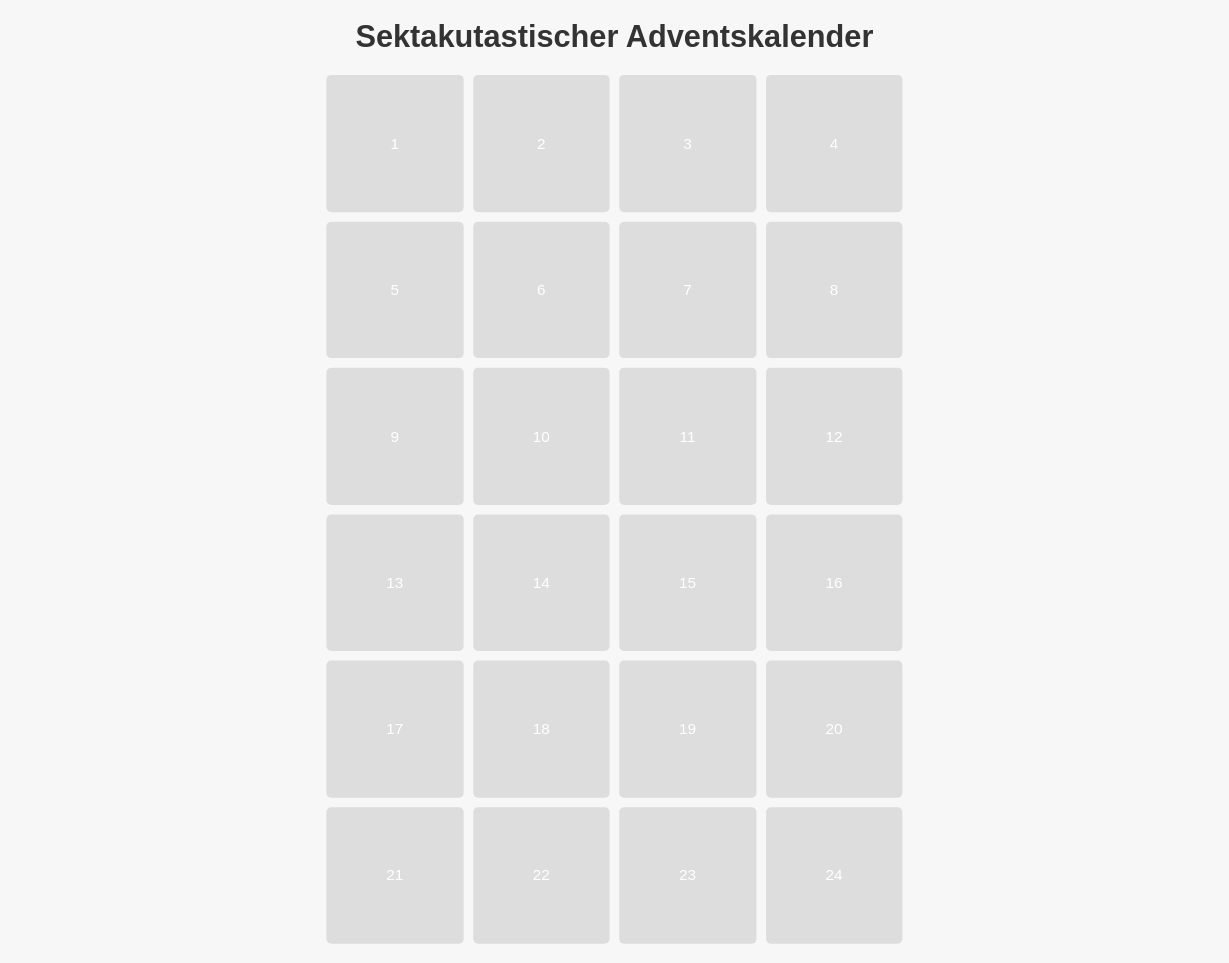
Repository: vickykey02/Adventskalender
Page: index.html
These files come from the project's save history. The page is drawn as it stood at one moment and after the next save; the edit follows.
The browser window is 1280 px wide. The pictures show the whole page, at 96% of full size.

Above is the page before, as saved 2024-11-27 00:27:01.

After the next save:
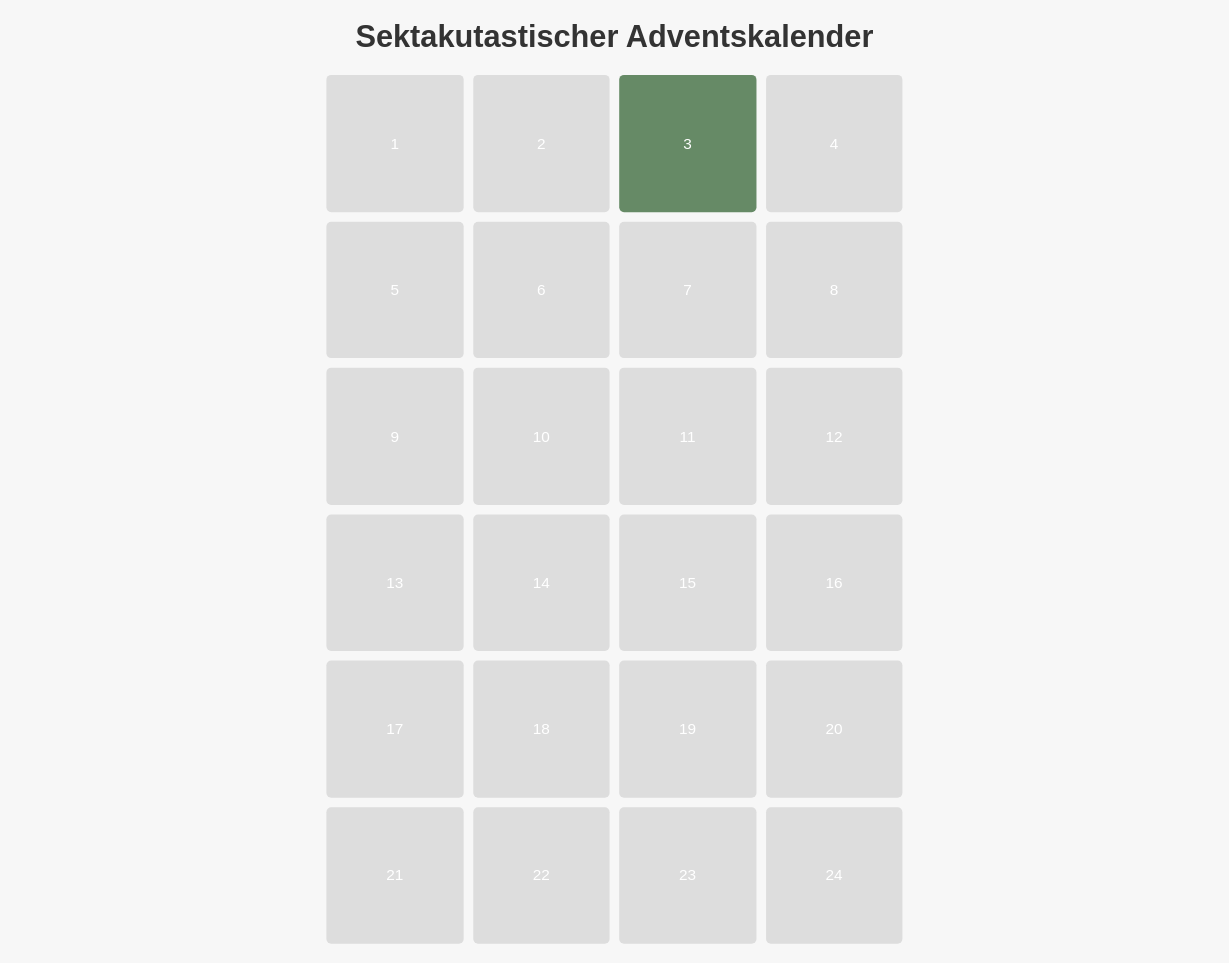
Saved 21 s later.
--- a/app.js
+++ b/app.js
@@ -7,7 +7,7 @@
     "2024-11-30": "C:/Users/vicky/Documents/Projekte/Adventskalender/assets/Tag1.png",
 	"2024-12-01": "C:/Users/vicky/Documents/Projekte/Adventskalender/assets/Tag2.png",
 	"2024-12-02": "C:/Users/vicky/Documents/Projekte/Adventskalender/assets/Tag3.png",
-	"2024-12-03": "C:/Users/vicky/Documents/Projekte/Adventskalender/assets/Tag4.png",
+	"2024-11-03": "C:/Users/vicky/Documents/Projekte/Adventskalender/assets/Tag4.png",
 	"2024-12-04": "C:/Users/vicky/Documents/Projekte/Adventskalender/assets/Tag5.png",
 	"2024-12-05": "C:/Users/vicky/Documents/Projekte/Adventskalender/assets/Tag6.png",
 	"2024-12-06": "C:/Users/vicky/Documents/Projekte/Adventskalender/assets/Tag7.png",

After the save that followed:
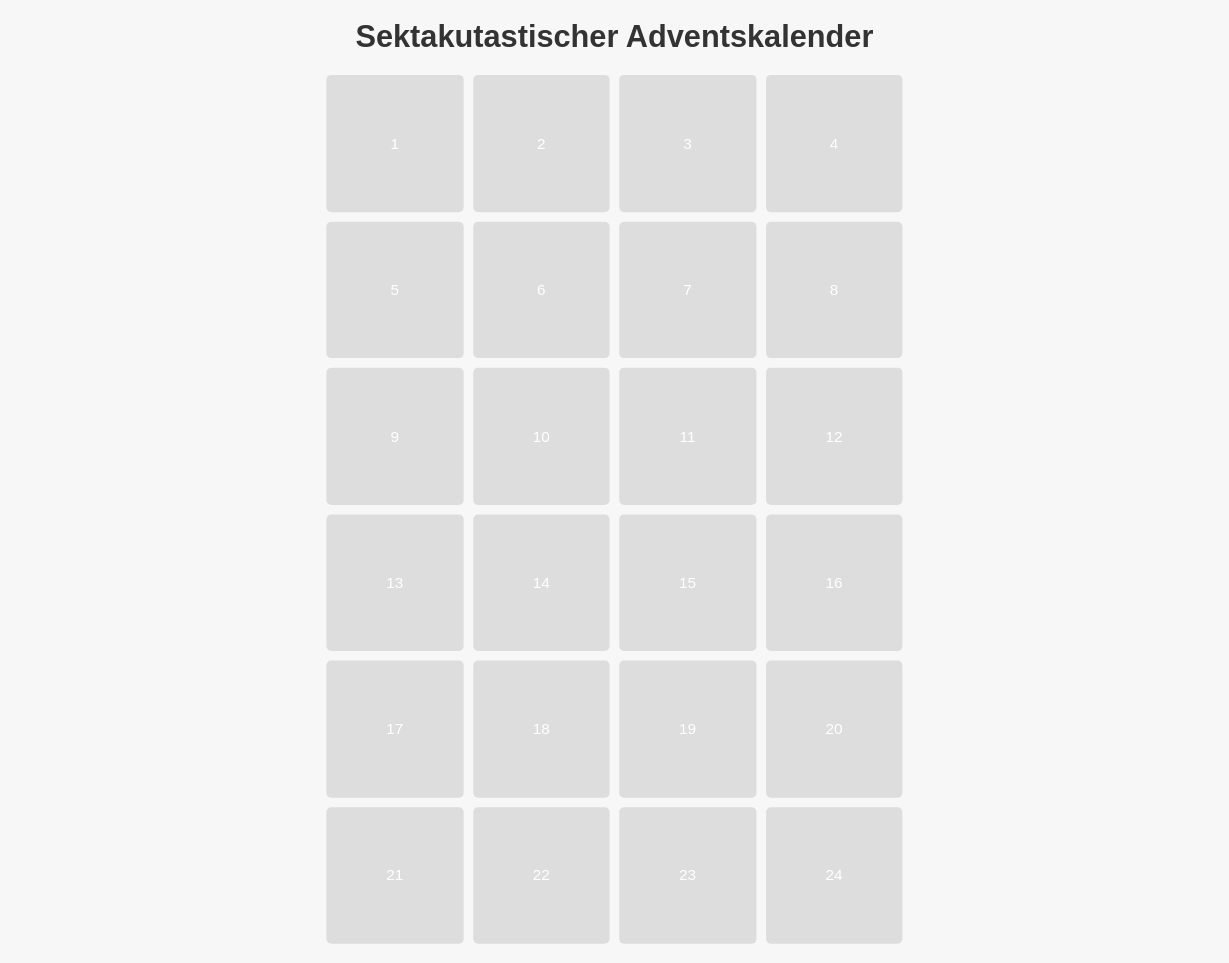
Saved 4 min 50 s later.
--- a/app.js
+++ b/app.js
@@ -7,7 +7,7 @@
     "2024-11-30": "C:/Users/vicky/Documents/Projekte/Adventskalender/assets/Tag1.png",
 	"2024-12-01": "C:/Users/vicky/Documents/Projekte/Adventskalender/assets/Tag2.png",
 	"2024-12-02": "C:/Users/vicky/Documents/Projekte/Adventskalender/assets/Tag3.png",
-	"2024-11-03": "C:/Users/vicky/Documents/Projekte/Adventskalender/assets/Tag4.png",
+	"2024-12-03": "C:/Users/vicky/Documents/Projekte/Adventskalender/assets/Tag4.png",
 	"2024-12-04": "C:/Users/vicky/Documents/Projekte/Adventskalender/assets/Tag5.png",
 	"2024-12-05": "C:/Users/vicky/Documents/Projekte/Adventskalender/assets/Tag6.png",
 	"2024-12-06": "C:/Users/vicky/Documents/Projekte/Adventskalender/assets/Tag7.png",
@@ -57,4 +57,17 @@
 function showContent(content) {
     //alert(`Inhalt für heute: ${content}`); // Später ersetzen mit Modal oder Popup
 	onclick = window.open(content);
+	//hier dann noch rein dass Element erscheint hinter dem sich Spotifysong verbirgt
+	const spotifyButton = document.createElement('button');
+	spotifyButton.textContent = 'Play Spotify Song';
+	spotifyButton.onclick = () => {
+		const spotifyIframe = document.createElement('iframe');
+		spotifyIframe.src = 'https://open.spotify.com/embed/track/YOUR_SPOTIFY_TRACK_ID';
+		spotifyIframe.width = '300';
+		spotifyIframe.height = '80';
+		spotifyIframe.frameBorder = '0';
+		spotifyIframe.allow = 'encrypted-media';
+		document.body.appendChild(spotifyIframe);
+	};
+	document.body.appendChild(spotifyButton);
 }
